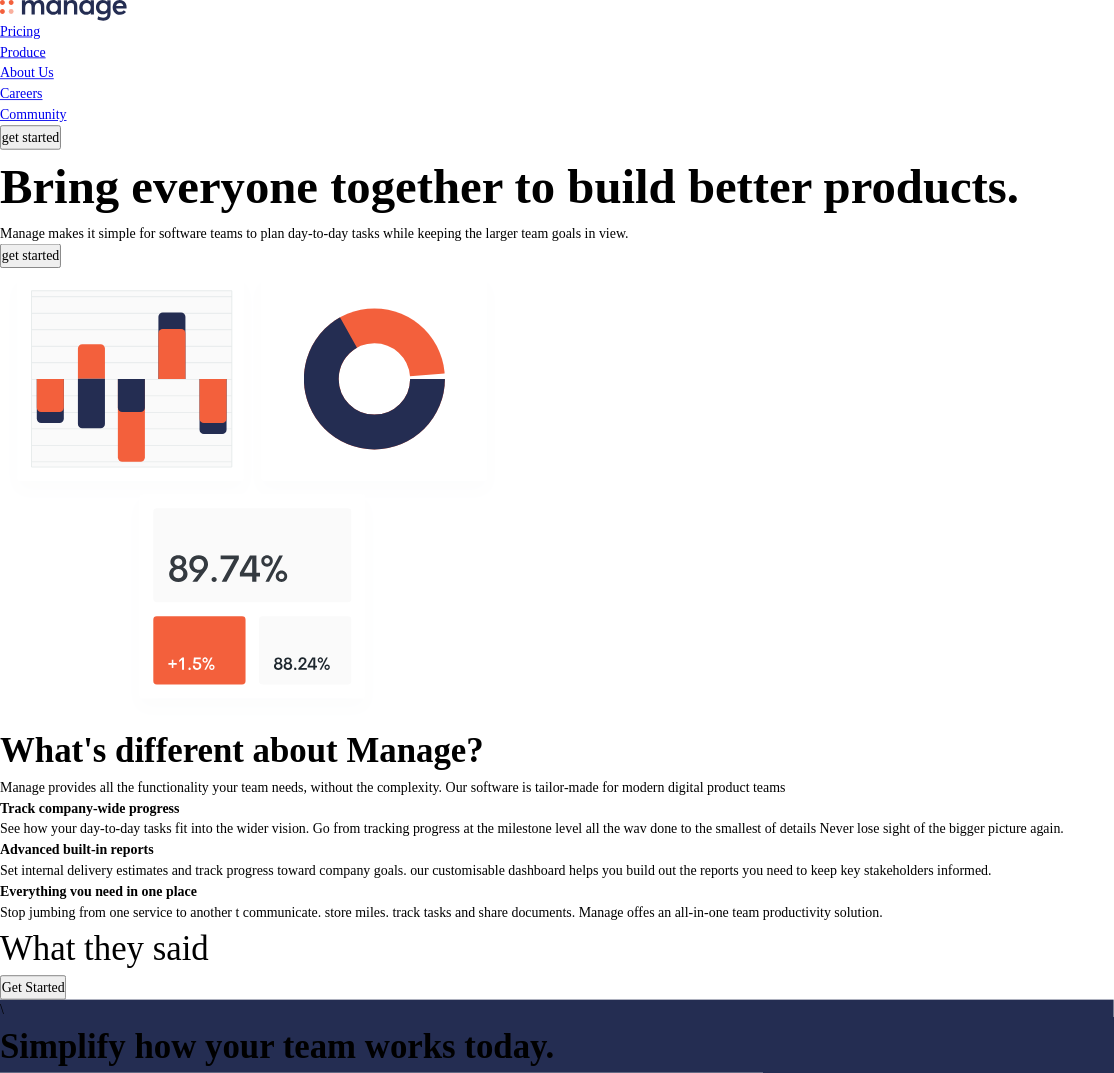
Repository: anthonybrown/website-practice
Page: index.html
These files come from the project's save history. The page is drawn as it stood at one moment and after the next save; the edit follows.
The browser window is 1280 px wide. The pictures show the whole page, at 87% of full size.

Above is the page before, as saved 2023-04-18 13:39:45.

After the next save:
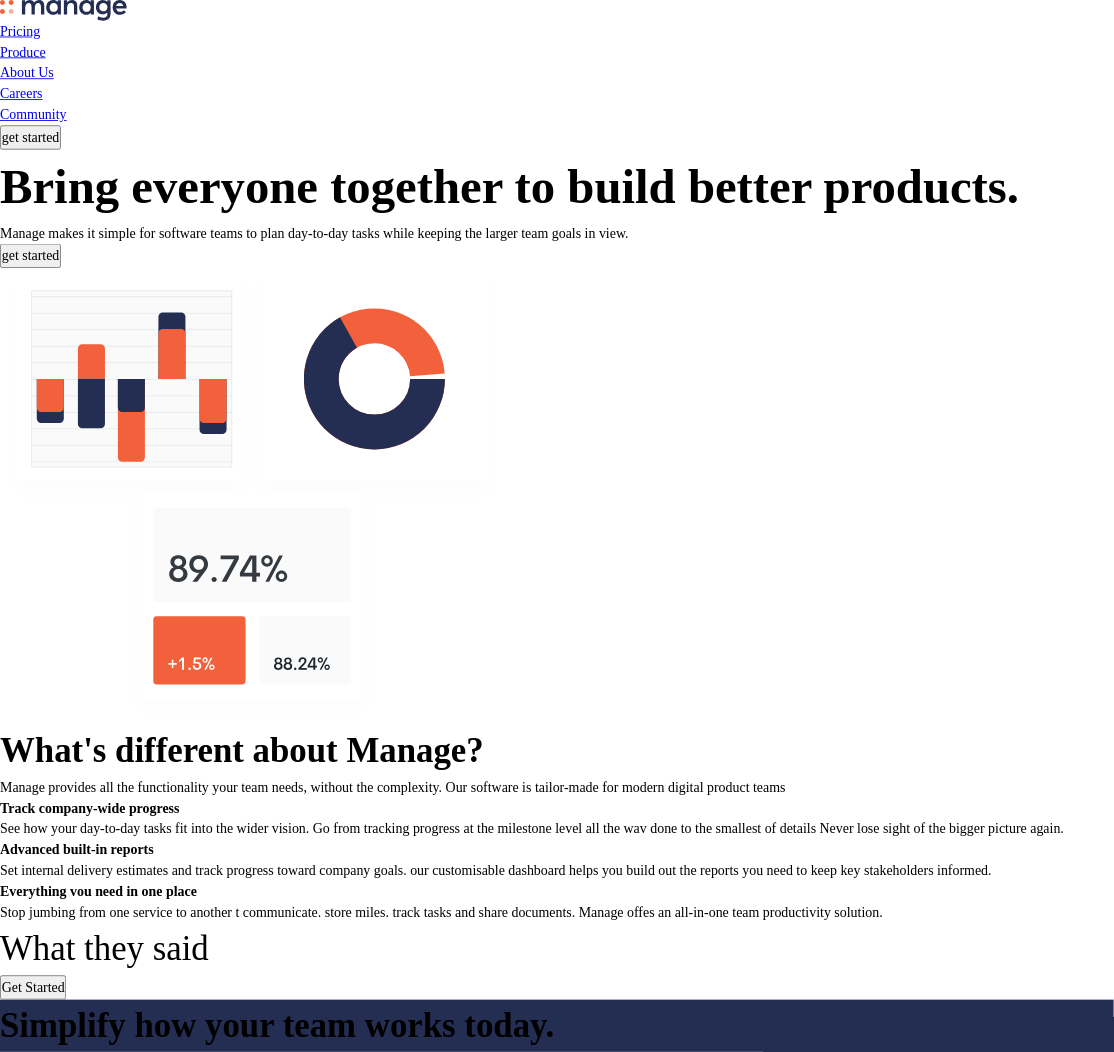
Saved 27 s later.
--- a/index.html
+++ b/index.html
@@ -102,7 +102,7 @@
     </section>
 
     <section class="cta | bg-primary-400 text-neutral-900">
-      <div class="container">\
+      <div class="container">
         <p class="fs-secondary-heading fw-bold">Simplify how your team works today.</p>
       </div>
     </section>
